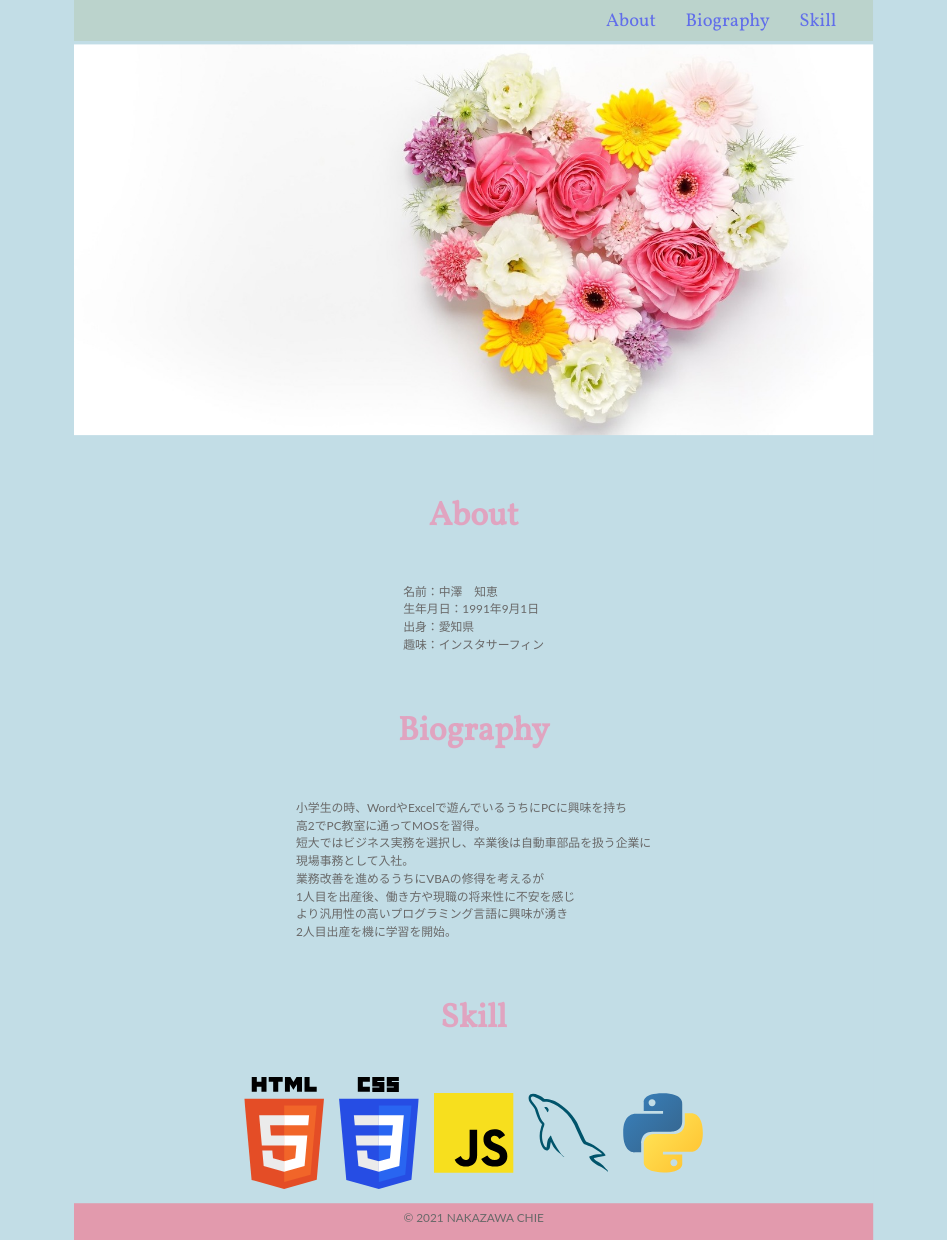
Repository: Chi-mame/Portfolio
Page: home.html
The author's editor kept a record of every edit. The page is drawn from the files as they stood at one moment, then again after the next edit.
The browser window is 1280 px wide. The pictures show the whole page, at 74% of full size.

Above is the page before.

### home.html
<!DOCTYPE html>
<html lang="ja">
    <head>
      <meta charset="UTF-8">
      <meta name="viewport" content="width=device-width, initial-scale=1">
      <title>Portfolio by NAKAZAWA CHIEs</title>
      <link rel="stylesheet" href="stylesheet.css">
      <link href="https://fonts.googleapis.com/css?family=Vollkorn" rel="stylesheet">

    </head>
    <body>
        <div class="main-wrapper">
            <header>
                <nav class="gnav">
                    <ul>
                        <li><a href="#jump_about">About</a></li>
                        <li><a href="#jump_biography">Biography</a></li>
                        <li><a href="#jump_skill">Skill</a></li>
                    </ul>
                </nav>
            </header>
            <div class="first-view">
                <img src="images/top_image.jpg">
            </div>
          <section id="jump_about">
              <h1>About</h1>
              <p> 名前：中澤　知恵 <br>
              生年月日：1991年9月1日<br>
              出身：愛知県<br>
              趣味：インスタサーフィン</p><br>
          </section>
          <section id="jump_biography">
              <h1>Biography</h1>
              <p>小学生の時、WordやExcelで遊んでいるうちにPCに興味を持ち<br>
              高2でPC教室に通ってMOSを習得。<br>
              短大ではビジネス実務を選択し、卒業後は自動車部品を扱う企業に<br>
              現場事務として入社。<br>
              業務改善を進めるうちにVBAの修得を考えるが<br>
              1人目を出産後、働き方や現職の将来性に不安を感じ<br>
              より汎用性の高いプログラミング言語に興味が湧き<br>
              2人目出産を機に学習を開始。<br>
              </p>
           </section>
           <section  id="jump_skill">
               <h1>Skill</h1>
               <div class="skill-images">
                  <img src="images/html-5.svg">
                  <img src="images/css-3.svg">
                  <img src="images/javascript.svg">
                  <img src="images/mysql.svg">
                  <img src="images/python.svg">
               </div>
           </section><br>
           <foote>
               <p>&copy; 2021 NAKAZAWA CHIE</p>
           </foote>
        </div>
    </body>
</html>

### stylesheet.css
@charset "utf-8";

body {
    margin: 0;
	padding: 0;
	text-align: center;
	font-family: YakuHanJP,'lato',"游ゴシック体",YuGothic,"游ゴシック Medium","Yu Gothic Medium","游ゴシック","Yu Gothic",'ヒラギノ角ゴ Pro W3','Hiragino Kaku Gothic Pro',Osaka,'メイリオ',Meiryo,'ＭＳ Ｐゴシック',sans-serif;
	color: #696969;
	background-color:#c2dde6;
}

/*-------------------- wrapper  --------------------*/
.main-wrapper {
	width: 100%;
	margin: auto;
	padding: 0px;
	border: 0px;
    position: relative;
    max-width: 1080px;
    background-color:#c2dde6;
}

/*-------------------- header  --------------------*/
header {
	width: 100%;
	padding: 10px 0px;
	position: fixed;
	display: flex;
	justify-content:flex-end;
	z-index: 99;
	background-color: #b3c9b1;
	opacity: 0.5;
	margin:0;
	max-width: 1080px;

}

.gnav {
    margin: 0 30px 0 0;

}

.gnav ul {
	display: flex;
	justify-content: center;
	padding:0;
	margin:0;
}


.gnav ul li {
	margin: 0 20px;
	list-style: none;
	font-size: 25px;
}

.gnav ul li a {
	font-family:'Vollkorn', serif;
	text-decoration: none;
	clear: #c8739f;
}

/*--------------------　top --------------------*/
.first-view {
	margin:0;
	width:100%;
	max-width: 1080px;
	height: auto;
}
.first-view img {
	width:100%;
	margin-top: 60px;
	max-width: 100%;
}

/*-------------------- main  --------------------*/

section {
	text-align: center;
}

h1 {
	color:  #e0a4c0;
	margin-top:30px;
	padding: 45px 0px 10px 0px;
	font-size:45px;
	font-family:'Vollkorn', serif;
}

p {
	padding-top:10px;
	margin:0 auto;
	display:inline-block;
	text-align: left;

}



/*------------------- Skill --------------------*/
.skill-images {
	width:100%;
	display:flex;
	justify-content:center;
}

.skill-images img {
	max-width: 100%;
    height: auto;
	width:10%;
	padding-right:10px;
	padding-left:10px;

}


/*-------------------- footer --------------------*/
foote {
	width: 100%;
	height: 50px;
	top: 0;
	background-color:#e29aad;
	display:flex;
	justify-contemt:center;
}





/*-------------------- media-sp --------------------*/
@media screen and (max-width:480px) {
	header {
		display: flex;
		justify-content:center;
	}
	.gnav {
		margin: 0;
	}

	p {
		width: 80%;
		text-align: center;
	}
}

After the next edit:
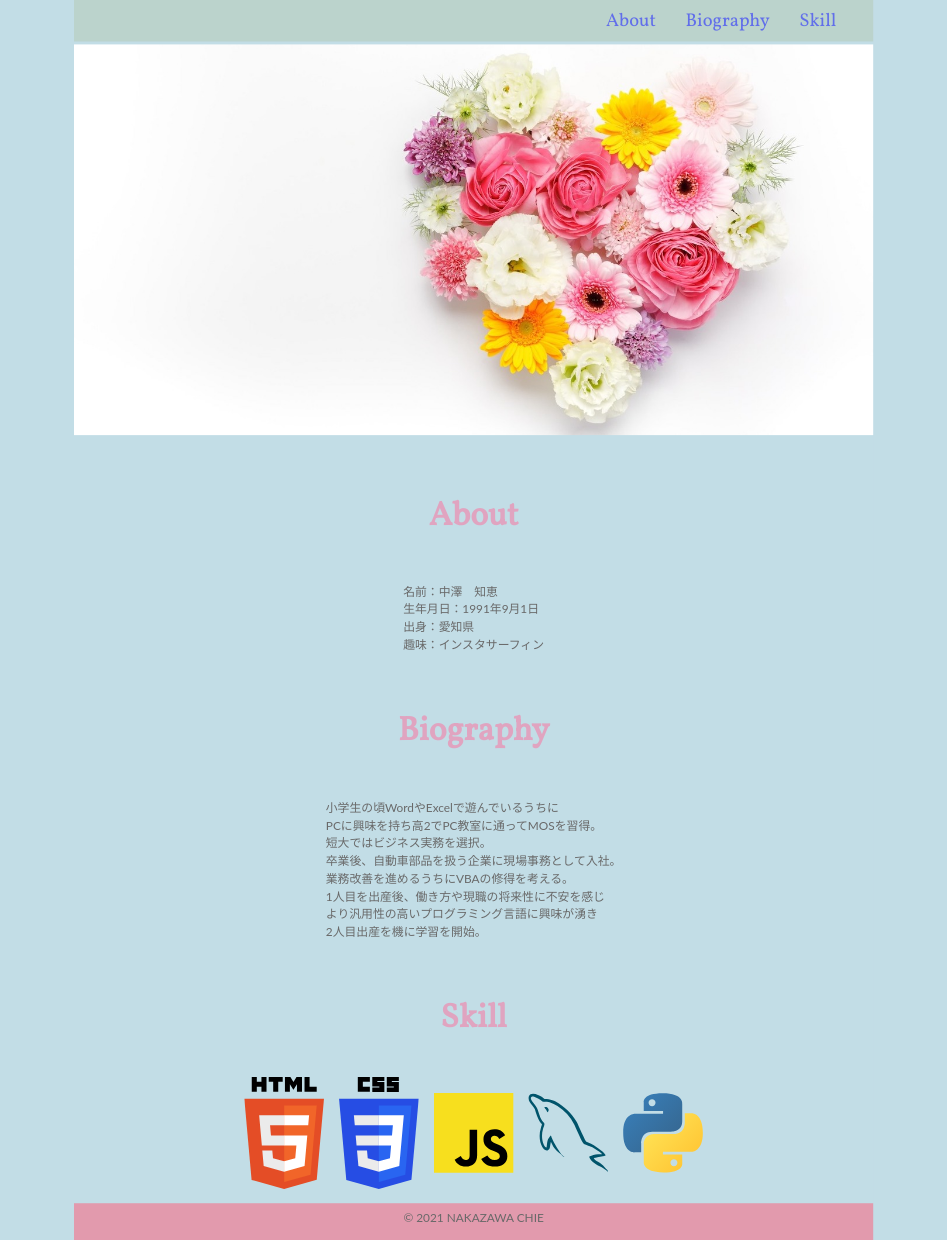
The edit:
--- a/home.html
+++ b/home.html
@@ -31,11 +31,11 @@
           </section>
           <section id="jump_biography">
               <h1>Biography</h1>
-              <p>小学生の時、WordやExcelで遊んでいるうちにPCに興味を持ち<br>
-              高2でPC教室に通ってMOSを習得。<br>
-              短大ではビジネス実務を選択し、卒業後は自動車部品を扱う企業に<br>
-              現場事務として入社。<br>
-              業務改善を進めるうちにVBAの修得を考えるが<br>
+              <p>小学生の頃WordやExcelで遊んでいるうちに<br>
+              PCに興味を持ち高2でPC教室に通ってMOSを習得。<br>
+              短大ではビジネス実務を選択。<br>
+              卒業後、自動車部品を扱う企業に現場事務として入社。<br>
+              業務改善を進めるうちにVBAの修得を考える。<br>
               1人目を出産後、働き方や現職の将来性に不安を感じ<br>
               より汎用性の高いプログラミング言語に興味が湧き<br>
               2人目出産を機に学習を開始。<br>
